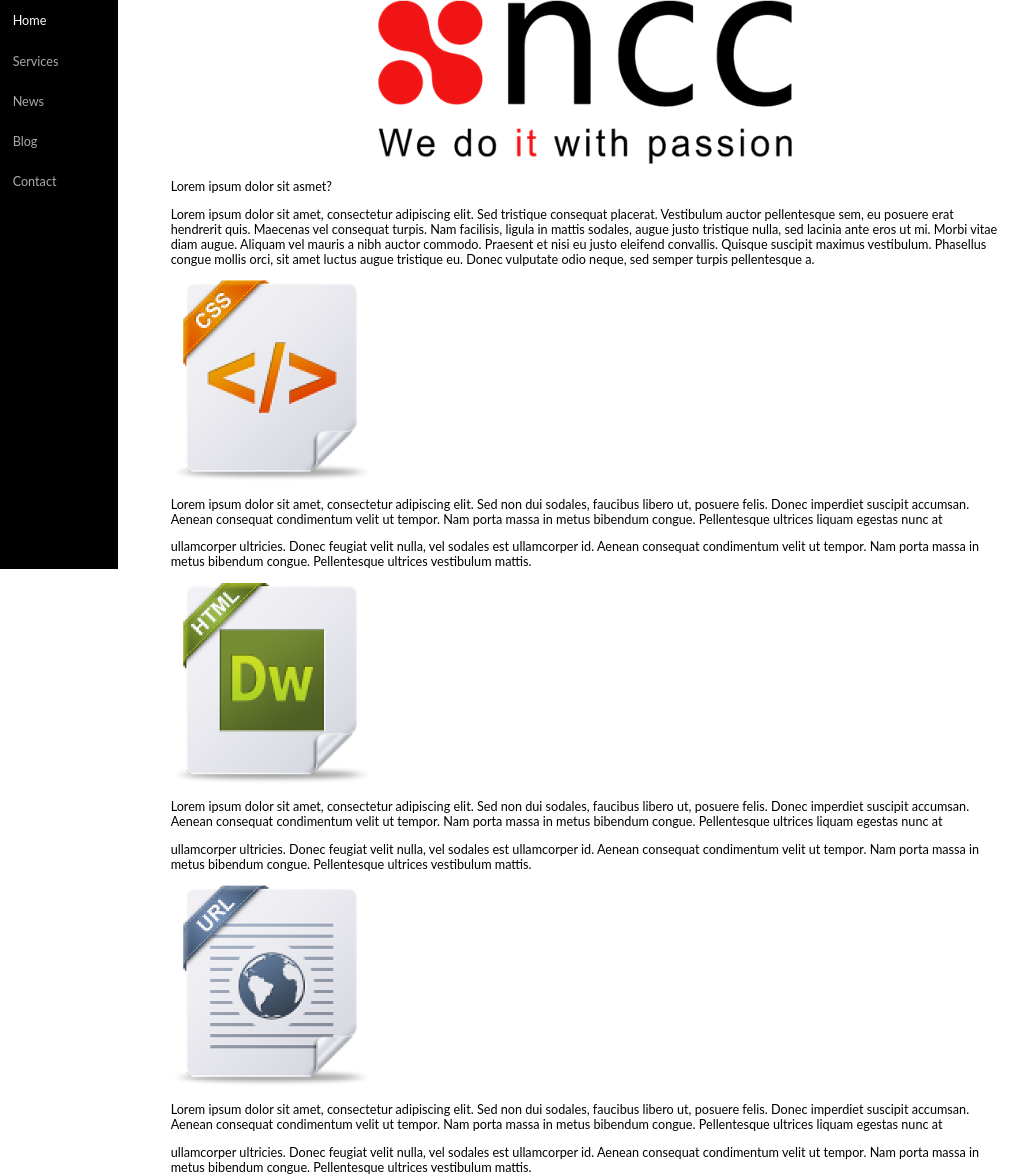
Repository: Chicken2k/testpv
Page: testpv.html
These files come from the project's save history. The page is drawn as it stood at one moment and after the next save; the edit follows.
The browser window is 1280 px wide. The pictures show the whole page, at 79% of full size.

Above is the page before, as saved 2022-05-09 17:39:09.

### testpv.html
<!DOCTYPE html>
<html lang="en">

<head>
  <meta charset="UTF-8">
  <meta http-equiv="X-UA-Compatible" content="IE=edge">
  <meta name="viewport" content="width=device-width, initial-scale=1.0">
  <title>Test Pv</title>
  <link rel="stylesheet" href="./testpv.css">
</head>

<body>
  <!-- Page Content -->
  <div class="sidebar">
    <a class="active" href="#home">Home</a>
    <a class="mau_sidebar" href="#news">Services</a>
    <a class="mau_sidebar" href="#news">News</a>
    <a class="mau_sidebar" href="#contact">Blog</a>
    <a class="mau_sidebar" href="#about">Contact</a>
  </div>

  <div class="content">
    <div class="anh1"><img src="./img/279228104_1352489911904387_625900338188127808_n.png" alt="anh1"></div>
    <div class="phan2">
      <p>Lorem ipsum dolor sit asmet?</p>
      <p>
        Lorem ipsum dolor sit amet, consectetur adipiscing elit. Sed tristique consequat placerat. Vestibulum auctor
        pellentesque sem, eu posuere erat hendrerit quis. Maecenas vel consequat turpis. Nam facilisis, ligula in mattis
        sodales, augue justo tristique nulla, sed lacinia ante eros ut mi. Morbi vitae diam augue. Aliquam vel mauris a
        nibh auctor commodo. Praesent et nisi eu justo eleifend convallis. Quisque suscipit maximus vestibulum.
        Phasellus congue mollis orci, sit amet luctus augue tristique eu. Donec vulputate odio neque, sed semper turpis
        pellentesque a.
      </p>

    </div>
    <div>
      <div class="item1">
        <img src="./img/279432721_801750327865380_1720542181196649752_n.png" alt="anh2">
        <p>Lorem ipsum dolor sit amet, consectetur adipiscing elit. Sed non dui sodales, faucibus libero ut, posuere
          felis. Donec imperdiet suscipit accumsan. Aenean consequat condimentum velit ut tempor. Nam porta massa in
          metus bibendum congue. Pellentesque ultrices liquam egestas nunc at </p>
        <p>ullamcorper ultricies. Donec feugiat velit nulla, vel sodales est ullamcorper id. Aenean consequat
          condimentum velit ut tempor. Nam porta massa in metus bibendum congue. Pellentesque ultrices vestibulum
          mattis.</p>
      </div>
      <div class="item2">
        <img src="./img/280085061_1138122106748367_1606742270208814597_n.png" alt="anh3">
        <p>Lorem ipsum dolor sit amet, consectetur adipiscing elit. Sed non dui sodales, faucibus libero ut, posuere
          felis. Donec imperdiet suscipit accumsan. Aenean consequat condimentum velit ut tempor. Nam porta massa in
          metus bibendum congue. Pellentesque ultrices liquam egestas nunc at </p>
        <p>ullamcorper ultricies. Donec feugiat velit nulla, vel sodales est ullamcorper id. Aenean consequat
          condimentum velit ut tempor. Nam porta massa in metus bibendum congue. Pellentesque ultrices vestibulum
          mattis.</p>
      </div>
      <div class="item3">
        <img src="./img/279236302_307050408266746_3476048560508210445_n.png" alt="anh4">
        <p>Lorem ipsum dolor sit amet, consectetur adipiscing elit. Sed non dui sodales, faucibus libero ut, posuere
          felis. Donec imperdiet suscipit accumsan. Aenean consequat condimentum velit ut tempor. Nam porta massa in
          metus bibendum congue. Pellentesque ultrices liquam egestas nunc at </p>
        <p>ullamcorper ultricies. Donec feugiat velit nulla, vel sodales est ullamcorper id. Aenean consequat
          condimentum velit ut tempor. Nam porta massa in metus bibendum congue. Pellentesque ultrices vestibulum
          mattis.</p>
      </div>
    </div>
  </div>


</body>

</html>

### testpv.css
body {
  margin: 0;
  font-family: "Lato", sans-serif;
}

.sidebar {
  margin: 0;
  padding: 0;
  width: 150px;
  background-color: black;
  position: fixed;
  height: 100%;
  overflow: auto;

}

.sidebar a {
  display: block;
  color: #AAAAAA;
  padding: 16px;
  text-decoration: none;
}

.sidebar a.active {

  color: white;
}

.sidebar a:hover:not(.active) {
  background-color: #555;
  color: white;
}

div.content {
  margin-left: 200px;
  padding: 1px 16px;
  height: 1000px;
}
.anh1{
  text-align: center;


}
.phan2{
  background-color: ;
}

@media screen and (max-width: 700px) {
  .sidebar {
    width: 100%;
    height: auto;
    position: relative;
  }
  .sidebar a {float: left;}
  div.content {margin-left: 0;}
}

@media screen and (max-width: 400px) {
  .sidebar a {
    text-align: center;
    float: none;
  }
}

After the next save:
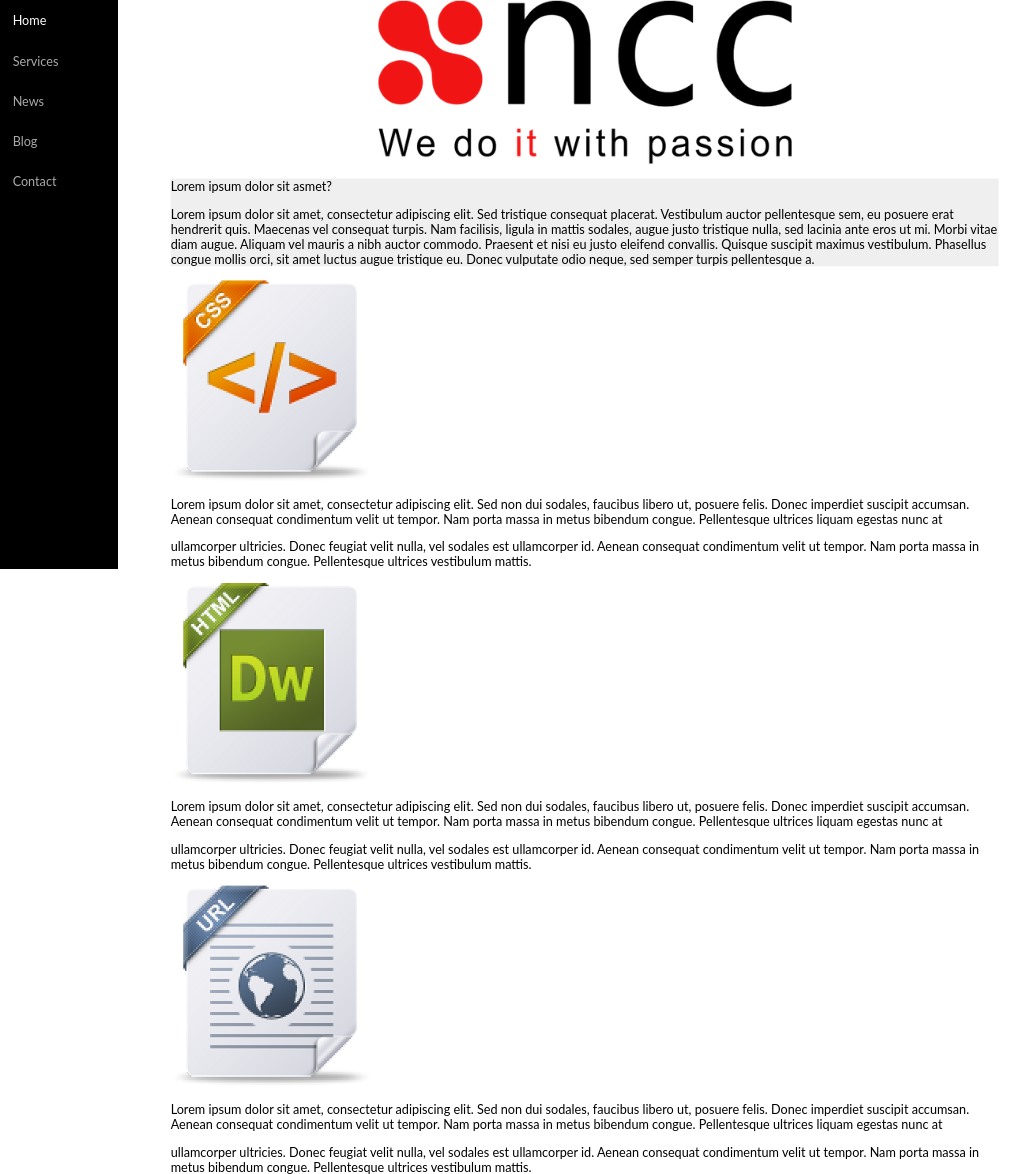
Saved 7 s later.
--- a/testpv.css
+++ b/testpv.css
@@ -42,7 +42,7 @@
 
 }
 .phan2{
-  background-color: ;
+  background-color:#EFEFEF ;
 }
 
 @media screen and (max-width: 700px) {
